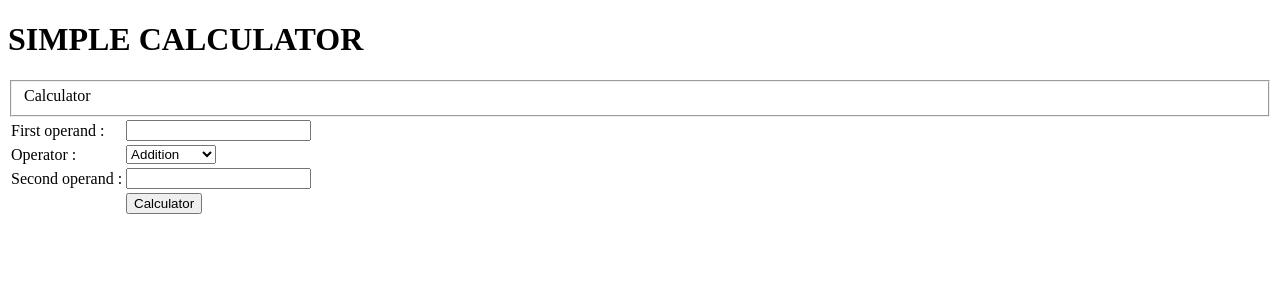
Repository: NGUYEN112/Module2
Page: http://localhost/
These files come from the project's save history. The page is drawn as it stood at one moment and after the next save; the edit follows.
The browser window is 1280 px wide. The pictures show the whole page.
The page is run by PHP 8.4 with error messages shown; the project is at /var/www/html/.

Above is the page before, as saved 2021-01-18 11:51:06.

After the next save:
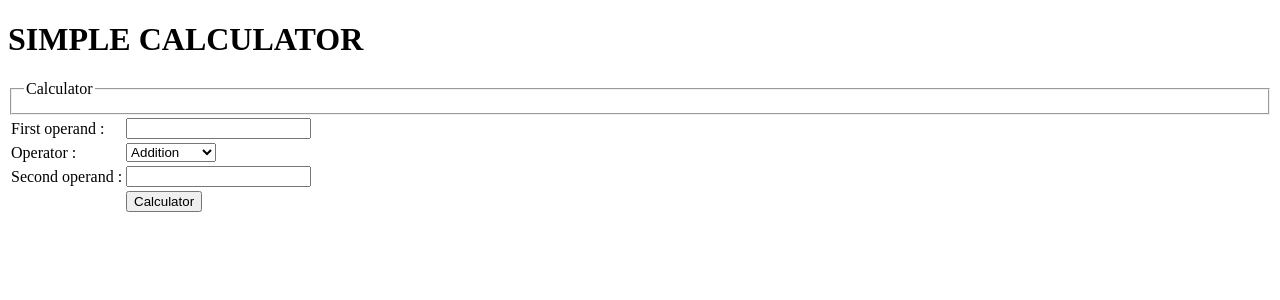
Saved 77 s later.
--- a/bai8-calculator/index.php
+++ b/bai8-calculator/index.php
@@ -10,7 +10,9 @@
 <body>
     <h1>SIMPLE CALCULATOR</h1>
     <form method="post">
-        <fieldset>Calculator</fieldset>
+        <fieldset>
+        <legend>Calculator</legend>
+        </fieldset>
         <table>
             <div>
                 <tr>
